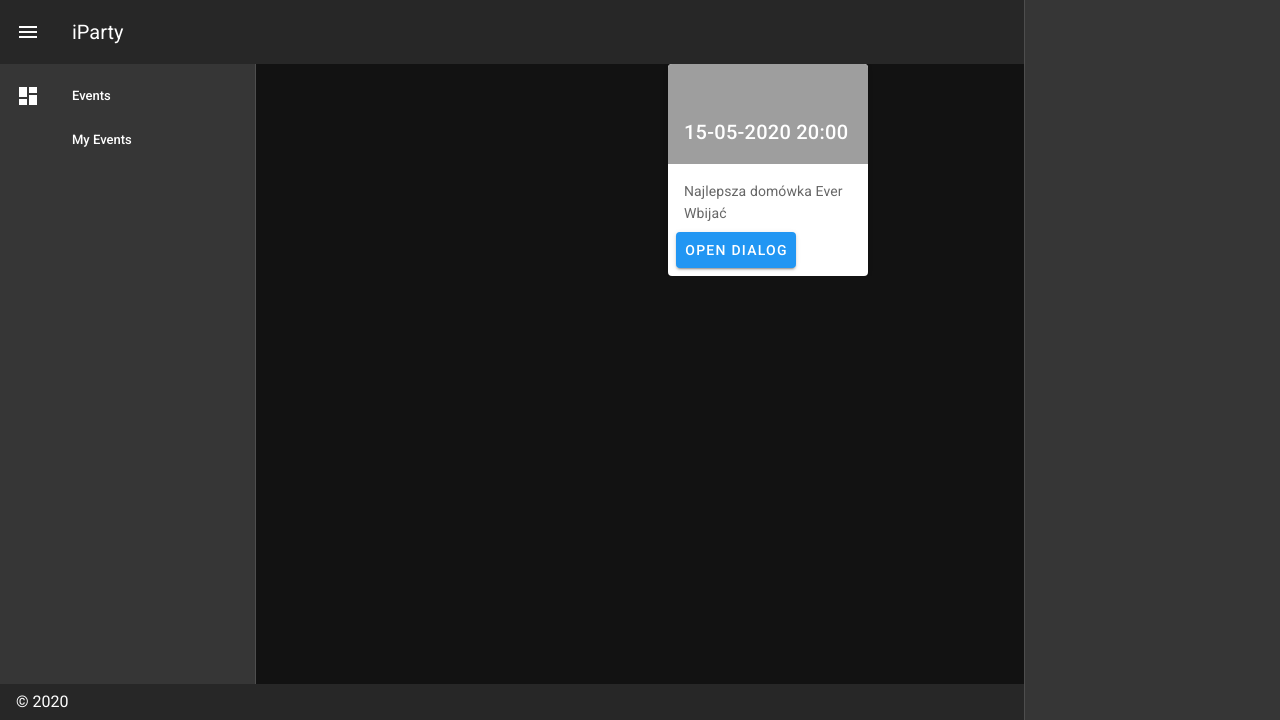
Repository: hexanek/partyapp
Page: /
These files come from the project's save history. The page is drawn as it stood at one moment and after the next save; the edit follows.
The browser window is 1280 px wide. The pictures show the whole page.
Pictures or frames that could not be fetched are drawn as grey boxes. The project was rebuilt for these pictures with package versions that can differ from the ones it lists, and the page was loaded fresh each time. Also part of the build but not shown: vue.config.js.

Above is the page before, as saved 2020-01-25 18:06:56.

### public/index.html
<!DOCTYPE html>
<html lang="en">
  <head>
    <meta charset="utf-8">
    <meta http-equiv="X-UA-Compatible" content="IE=edge">
    <meta name="viewport" content="width=device-width,initial-scale=1.0">
    <link rel="icon" href="<%= BASE_URL %>favicon.ico">
    <title>party-app</title>
    <link rel="stylesheet" href="https://fonts.googleapis.com/css?family=Roboto:100,300,400,500,700,900">
    <link rel="stylesheet" href="https://cdn.jsdelivr.net/npm/@mdi/font@latest/css/materialdesignicons.min.css">
  </head>
  <body>
    <noscript>
      <strong>We're sorry but party-app doesn't work properly without JavaScript enabled. Please enable it to continue.</strong>
    </noscript>
    <div id="app"></div>
    <!-- built files will be auto injected -->
  </body>
</html>

### src/main.js
import Vue from 'vue'
import App from './App.vue'
import vuetify from './plugins/vuetify';
import store from './store'
import router from './router'

Vue.config.productionTip = false

new Vue({
  vuetify,
  store,
  router,
  render: h => h(App)
}).$mount('#app')

### src/App.vue
<template>
  <v-app>


    <navbar>
    </navbar>

    <v-content>

      <v-responsive>

      <v-navigation-drawer
      fixed
      right
      ></v-navigation-drawer>


      <gmap
      @clickshow = "showDetails"
      >

      </gmap>

      </v-responsive>
      </v-content>
    <Footer>

    </Footer>
  </v-app>
</template>

<script>
import Navbar from "./components/Navbar";
import Footer from "./components/Footer";
import Gmap from "./components/Gmap";

export default {
  name: "App",

  components: {
    Navbar,
    Footer,
    Gmap
  },

  data: () => ({
    //
  }),
  methods: {
    showDetails: function() {
      this.details = !this.details;
    }
  }
};
</script>

### src/plugins/vuetify.js
import Vue from 'vue';
import Vuetify from 'vuetify/lib';
import VueRouter from 'vue-router'
import * as VueGoogleMaps from 'vue2-google-maps'


Vue.use(Vuetify);
Vue.use(VueRouter);
Vue.use(VueGoogleMaps, {
    load: {
        key: 'AIzaSyB6QzBesMB_MjqmuZF1p7hpCl8gg4kMEy8',
        libraries: 'places'
    }
})

export default new Vuetify({
    theme: {
        dark: true
    }
});

### src/router/index.js
import Vue from 'vue'
import VueRouter from 'vue-router'


Vue.use(VueRouter)

const routes = [
  {
    path: '/',
    name: 'home',

  },
  {
    path: '/about',
    name: 'about',
    // route level code-splitting
    // this generates a separate chunk (about.[hash].js) for this route
    // which is lazy-loaded when the route is visited.
    //component: () => import(/* webpackChunkName: "about" */ '../views/About.vue')
  }
]

const router = new VueRouter({
  routes
})

export default router

### src/components/Navbar.vue
<template>
    <div>
        <v-navigation-drawer
      v-model="drawer"
      app
      clipped
    >
      <v-list dense>
        <v-list-item link>
          <v-list-item-action>
            <v-icon>mdi-view-dashboard</v-icon>
          </v-list-item-action>
          <v-list-item-content>
            <v-list-item-title>Events</v-list-item-title>
          </v-list-item-content>
        </v-list-item>
        <v-list-item link>
          <v-list-item-action>
            <v-icon>mdi-settings</v-icon>
          </v-list-item-action>
          <v-list-item-content>
            <v-list-item-title>My Events</v-list-item-title>
          </v-list-item-content>
        </v-list-item>
      </v-list>
    </v-navigation-drawer>
     <v-app-bar
      flat
      app
      clipped-left
    >
      <v-app-bar-nav-icon @click.stop="drawer = !drawer" />
      <v-toolbar-title>iParty</v-toolbar-title>

    </v-app-bar>
    </div>
</template>

<script>
export default {
  name: "Navbar",
  data: () => ({
    drawer: null
  })
};
</script>

<style lang="scss" scoped>
</style>

### src/components/Footer.vue
<template>
    <div>
        <v-footer app>
            <span>&copy; 2020</span>
        </v-footer>
    </div>
</template>

<script>
    export default {
        name: 'Footer',

        data: () => ({

        })
    }
</script>

<style lang="scss" scoped>

</style>

### src/components/Gmap.vue
<template>
  <div>

    <GmapMap
      :center="start"
      :zoom="10"
      map-type-id="roadmap"
      style="width: 100vw; height: 90vh"
      v-bind:options="mapStyle"
    >

      <gmap-info-window
        :options="infoOptions"
        :position="infoPosition"
        :opened="infoOpened"
        @closeclick="infoOpened = false"
      >
       <popup
       @clickshow="showdetails"
       ></popup>
      </gmap-info-window>
      <GmapMarker
        :key="key"
        v-for="(item, key) in coordinates"
        :position="getPosition(item)"
        :clickable="true"
        @click="toggleInfo(item, key)"
      />
    </GmapMap>



  </div>
</template>

<script>
import Popup from "./Popup";

export default {
  name: "Gmap",
  components: {
    Popup
  },
  data: () => ({
    detail: false,
    start: {
      lat: 54.51889,
      lng: 18.53188
    },
    coordinates: {
      0: {
        party: "Domowka",
        lat: 54.291,
        lng: 18.341
      },
      1: {
        party: "Klub",
        lat: 54.111,
        lng: 18.1
      }
    },
    infoPosition: null,
    infoContent: null,
    infoOpened: false,
    infoCurrentKey: null,
    infoOptions: {
      pixelOffset: {
        width: 0,
        height: -35
      }
    },
    mapStyle: {
      styles: [
        { elementType: "geometry", stylers: [{ color: "#242f3e" }] },
        { elementType: "labels.text.stroke", stylers: [{ color: "#242f3e" }] },
        { elementType: "labels.text.fill", stylers: [{ color: "#746855" }] },
        {
          featureType: "administrative.locality",
          elementType: "labels.text.fill",
          stylers: [{ color: "#d59563" }]
        },
        {
          featureType: "poi",
          elementType: "labels.text.fill",
          stylers: [{ color: "#d59563" }]
        },
        {
          featureType: "poi.park",
          elementType: "geometry",
          stylers: [{ color: "#263c3f" }]
        },
        {
          featureType: "poi.park",
          elementType: "labels.text.fill",
          stylers: [{ color: "#6b9a76" }]
        },
        {
          featureType: "road",
          elementType: "geometry",
          stylers: [{ color: "#38414e" }]
        },
        {
          featureType: "road",
          elementType: "geometry.stroke",
          stylers: [{ color: "#212a37" }]
        },
        {
          featureType: "road",
          elementType: "labels.text.fill",
          stylers: [{ color: "#9ca5b3" }]
        },
        {
          featureType: "road.highway",
          elementType: "geometry",
          stylers: [{ color: "#746855" }]
        },
        {
          featureType: "road.highway",
          elementType: "geometry.stroke",
          stylers: [{ color: "#1f2835" }]
        },
        {
          featureType: "road.highway",
          elementType: "labels.text.fill",
          stylers: [{ color: "#f3d19c" }]
        },
        {
          featureType: "transit",
          elementType: "geometry",
          stylers: [{ color: "#2f3948" }]
        },
        {
          featureType: "transit.station",
          elementType: "labels.text.fill",
          stylers: [{ color: "#d59563" }]
        },
        {
          featureType: "water",
          elementType: "geometry",
          stylers: [{ color: "#17263c" }]
        },
        {
          featureType: "water",
          elementType: "labels.text.fill",
          stylers: [{ color: "#515c6d" }]
        },
        {
          featureType: "water",
          elementType: "labels.text.stroke",
          stylers: [{ color: "#17263c" }]
        }
      ]
    }
  }),
  methods: {
    getPosition: function(marker) {
      return {
        lat: parseFloat(marker.lat),
        lng: parseFloat(marker.lng)
      };
    },
    toggleInfo: function(marker, key) {
      this.infoPosition = this.getPosition(marker);
      this.infoContent = marker.party;
      if (this.infoCurrentKey === key) {
        this.infoOpened = !this.infoOpened;
      } else {
        this.infoOpened = true;
        this.infoCurrentKey = key;
      }
    },
    showdetails: function() {
      this.detail = !this.detail;
    }
  }
};
</script>

<style lang="scss" scoped></style>

### src/components/Popup.vue
<template>
    <div>
        <v-card
    class="mx-auto"
    max-width="200"
    light

  >
    <v-img
      class="white--text align-end"
      height="100px"
      src="https://cdn.vuetifyjs.com/images/cards/docks.jpg"
    >
      <v-card-title>15-05-2020 20:00</v-card-title>
    </v-img>

    <v-card-subtitle class="pb-0">Najlepsza domówka Ever</v-card-subtitle>

    <v-card-text class="pb-0">
      <div>Wbijać</div>

    </v-card-text>

    <v-card-actions>
       <v-btn
      color="primary"
      dark
      @click="showdetails"
    >
      Open Dialog
    </v-btn>

    </v-card-actions>
  </v-card>

    </div>
</template>

<script>
export default {
  name: "Popup",
  components: {},
  data: () => ({
    return: {}
  }),
  methods: {
    showdetails: function() {
      this.$emit("clickshow");
    }
  }
};
</script>

<style lang="scss" scoped>
</style>

Loaded but not shown: src/store/index.js (common file)

After the next save:
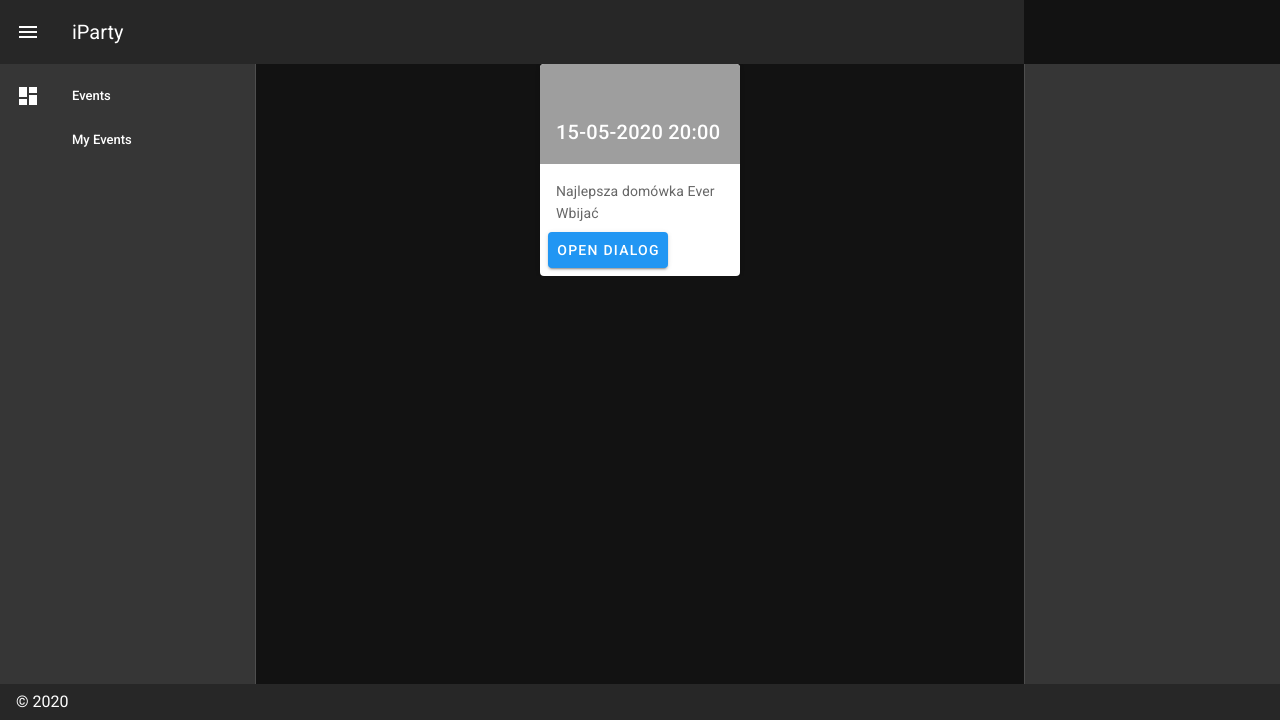
Saved 54 s later.
--- a/src/App.vue
+++ b/src/App.vue
@@ -10,6 +10,8 @@
       <v-responsive>
 
       <v-navigation-drawer
+      app
+      clipped
       fixed
       right
       ></v-navigation-drawer>
